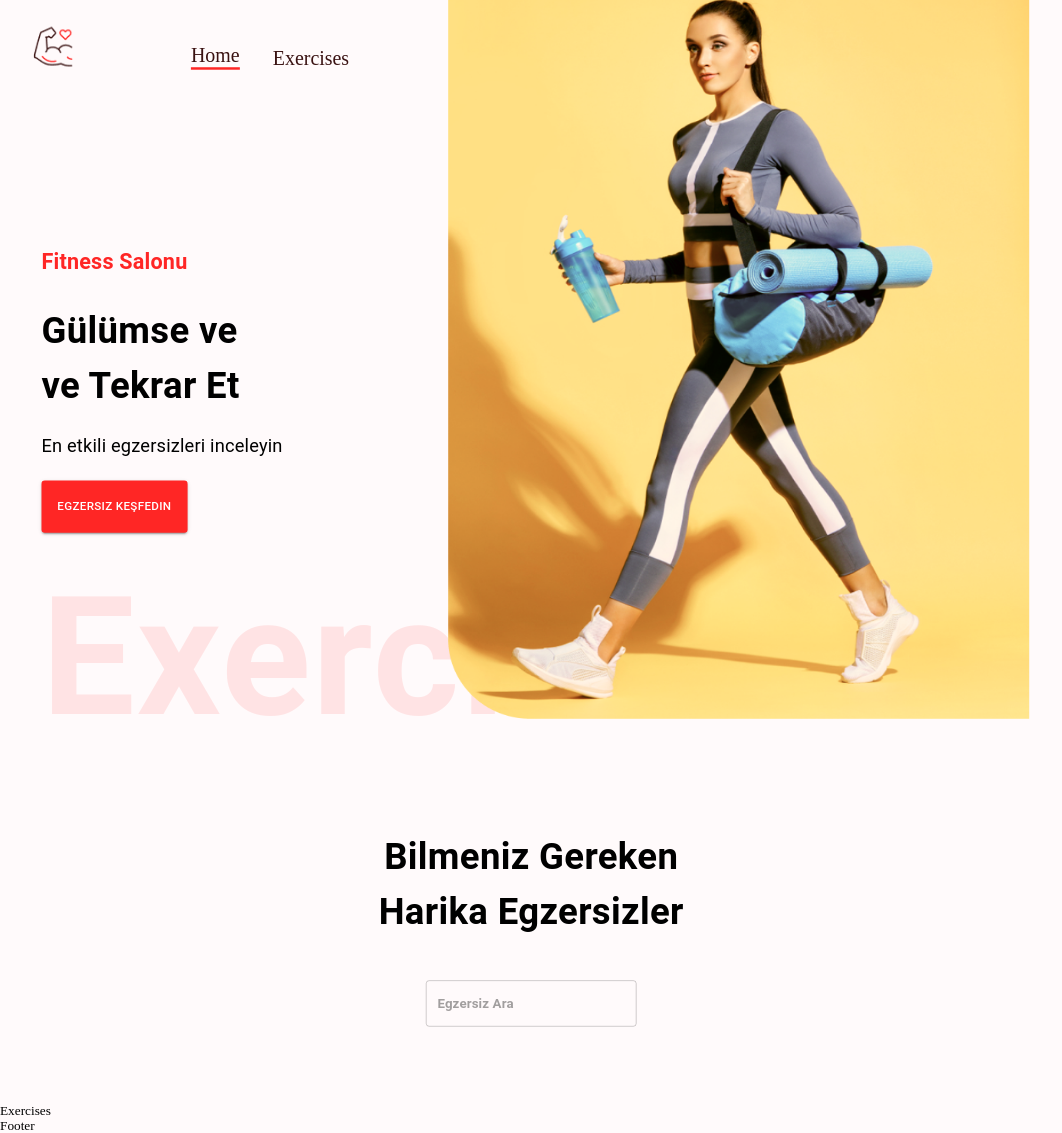
Repository: Kubraaygun/Gym_App
Page: /
The author's editor kept a copy of each file at every save. The page is drawn from the files as they stood at one save, then again after the next save.
The browser window is 1280 px wide. The pictures show the whole page, at 83% of full size.
The project was rebuilt for these pictures with package versions that can differ from the ones it lists, and the page was loaded fresh each time. Also part of the build but not shown: src/pages/ExerciseDetail.js.

Above is the page before, as saved 2025-01-25 17:34:22.

After the next save:
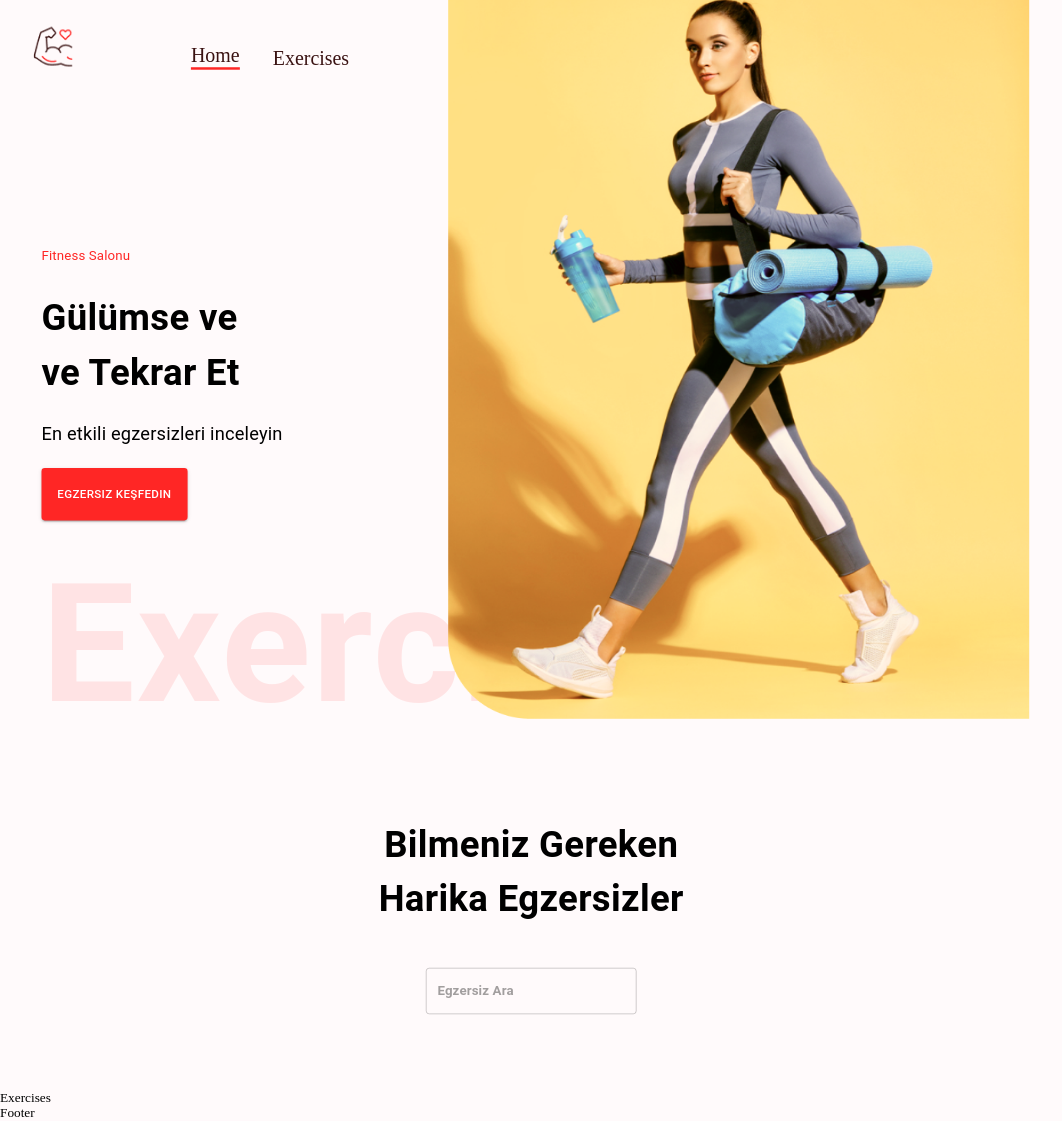
Saved 21 s later.
--- a/src/components/HeroBanner.js
+++ b/src/components/HeroBanner.js
@@ -9,10 +9,9 @@ const HeroBanner = () => {
       className="banner"
       sx={{ mt: { lg: "212px", sx: "700px" }, ml: { sm: "50px" } }}
     >
-      <Typography color="#FF2625" fontWeight="600" fontSize="26px">
-        Fitness Salonu
-      </Typography>
+      <Typography className="banner-title">Fitness Salonu</Typography>
       <Typography
+        className=""
         fontWeight={700}
         sx={{ fontSize: { lg: "44px", sx: "40px" } }}
         mb="23px"
